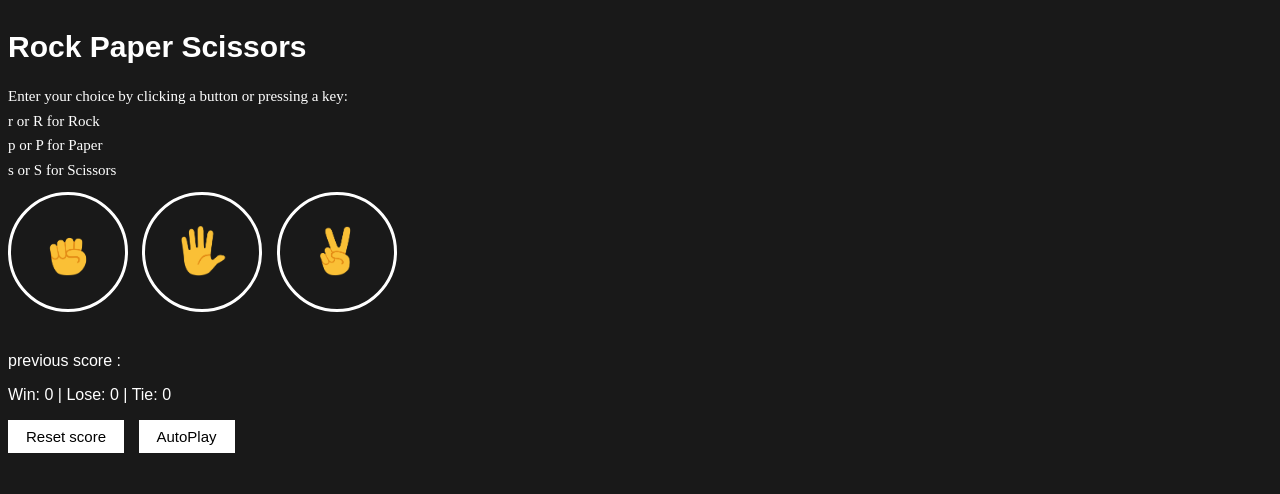
Repository: Gaurav124937/javascript
Page: html/08-rock-paper-scissors-evetlistner.html
These files come from the project's save history. The page is drawn as it stood at one moment and after the next save; the edit follows.
The browser window is 1280 px wide. The pictures show the whole page.

Above is the page before, as saved 2026-04-06 21:38:46.

After the next save:
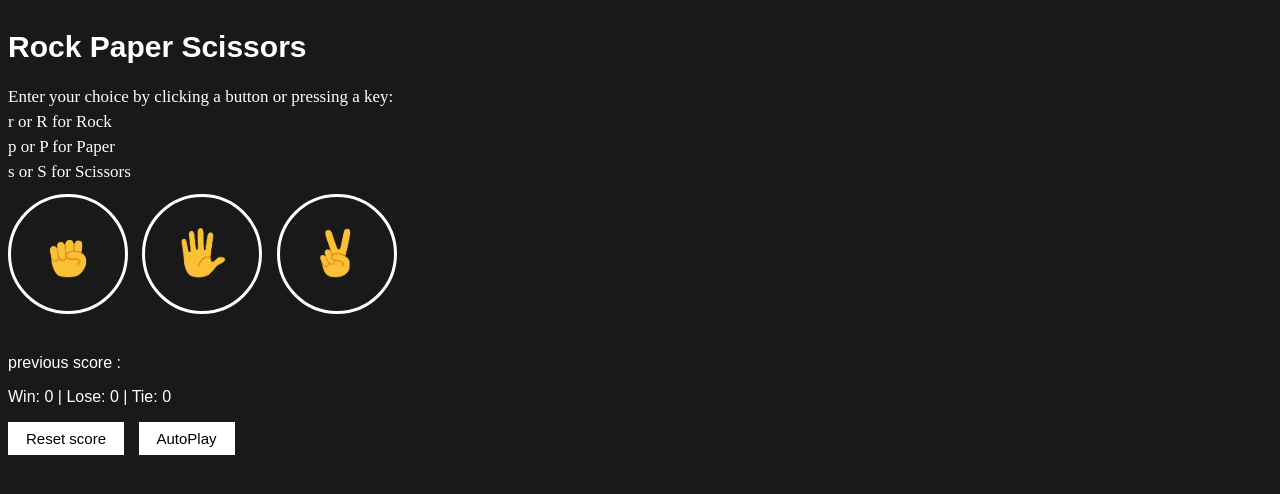
Saved 10 s later.
--- a/css/rock-paper-scisssor-autoplay.css
+++ b/css/rock-paper-scisssor-autoplay.css
@@ -60,7 +60,7 @@ body {
 }
 
 .instructions {
-    font-size: 15px;
+    font-size: 17px;
     margin-bottom: 20px;
     font-family: 'Times New Roman', Times, serif;
     line-height: 0.3;
